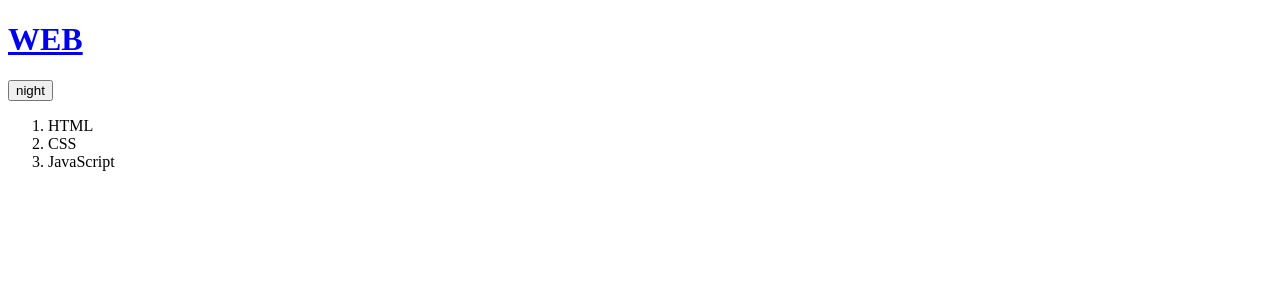
Repository: gitul0515/JavaScript
Page: 생활코딩/web2_javascript-master/web2_javascript-master/1.html
An editor plug-in stored every save of this project. The page is shown before and after a run of saves, followed by the edit.
The browser window is 1280 px wide. The pictures show the whole page.
Some web libraries are served in a nearby version.

Above is the page before, as saved 2022-03-07 19:45:33.

### 생활코딩/web2_javascript-master/web2_javascript-master/1.html
<!doctype html>
<html>
<head>
  <title>WEB1 - HTML</title>
  <meta charset="utf-8">
  <script src="https://ajax.googleapis.com/ajax/libs/jquery/3.2.1/jquery.min.js"></script>
  <script src="colors.js"></script>
</head>
<body>
  <h1><a href="index.html">WEB</a></h1>
  <input id="night_day" type="button" value="night" onclick="
    nightDayHandler(this);
  ">
  <ol>
    <li onclick="
      fetch('html')
      .then(response => response.text())
      .then(text => {
        document.querySelector('article').innerHTML = text;
      })
    ">HTML</li>
    <li onclick="
      fetch('css')
      .then(response => response.text())
      .then(text => {
        document.querySelector('article').innerHTML = text;
      })
    ">CSS</li>
    <li onclick="
      fetch('javascript')
      .then(response => response.text())
      .then(text => {
        document.querySelector('article').innerHTML = text;
      })
    ">JavaScript</li>
  </ol>
  <article></article>
</body>
</html>

### 생활코딩/web2_javascript-master/web2_javascript-master/colors.js
var Links = {
  setColor:function(color){
    // var alist = document.querySelectorAll('a');
    // var i = 0;
    // while(i < alist.length){
    //   alist[i].style.color = color;
    //   i = i + 1;
    // }
    $('a').css('color', color);
  }
}
var Body = {
  setColor:function (color){
    //document.querySelector('body').style.color = color;
    $('body').css('color', color);
  },
  setBackgroundColor:function (color){
    // document.querySelector('body').style.backgroundColor = color;
    $('body').css('backgroundColor', color);
  }
}
function nightDayHandler(self){
  var target = document.querySelector('body');
  if(self.value === 'night'){
    Body.setBackgroundColor('black');
    Body.setColor('white');
    self.value = 'day';

    Links.setColor('white');
  } else {
    Body.setBackgroundColor('white');
    Body.setColor('black');
    self.value = 'night';

    Links.setColor('blue');
  }
}

After the next 8 saves:
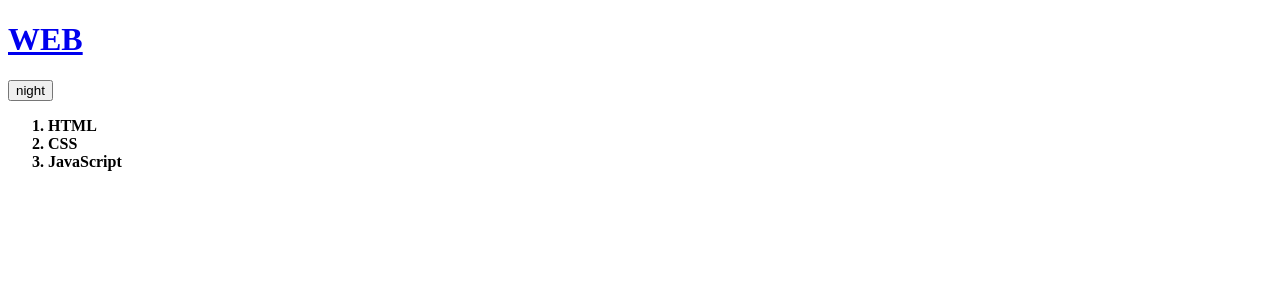
The 8 saves are shown as one change because they came seconds apart.
The last was saved 16 s later.
--- a/생활코딩/web2_javascript-master/web2_javascript-master/1.html
+++ b/생활코딩/web2_javascript-master/web2_javascript-master/1.html
@@ -5,6 +5,11 @@
   <meta charset="utf-8">
   <script src="https://ajax.googleapis.com/ajax/libs/jquery/3.2.1/jquery.min.js"></script>
   <script src="colors.js"></script>
+  <style>
+    li {
+      font-weight: 700;
+    }
+  </style>
 </head>
 <body>
   <h1><a href="index.html">WEB</a></h1>
